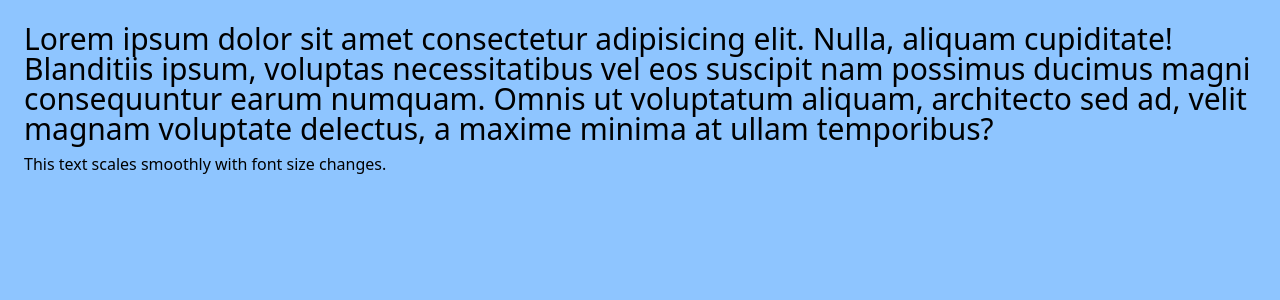
Repository: DinTri/TailwindCss
Page: index.html
These files come from the project's save history. The page is drawn as it stood at one moment and after the next save; the edit follows.
The browser window is 1280 px wide. The pictures show the whole page.
Some web fonts or font styles are not loaded; a fallback is used.

Above is the page before, as saved 2025-06-09 13:33:47.

After the next save:
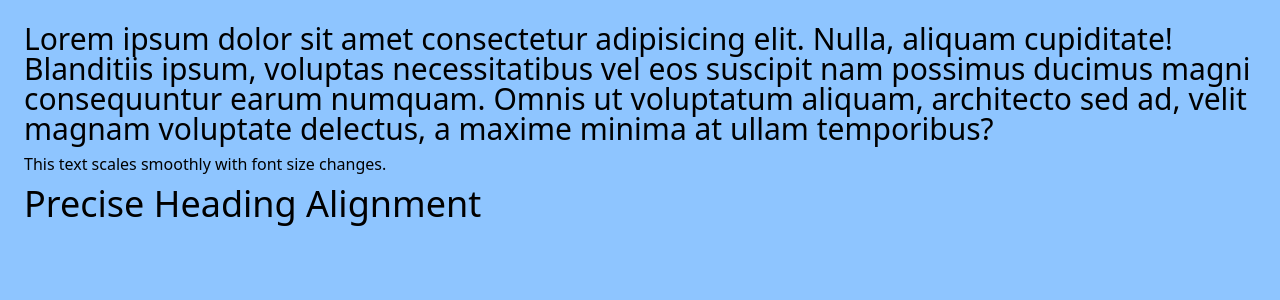
Saved 17 s later.
--- a/index.html
+++ b/index.html
@@ -15,6 +15,9 @@
     <p class="text-base leading-normal">
   This text scales smoothly with font size changes.
 </p>
+<h1 class="text-4xl leading-10">
+  Precise Heading Alignment
+</h1>
   </div>
   </body>
 </html>
